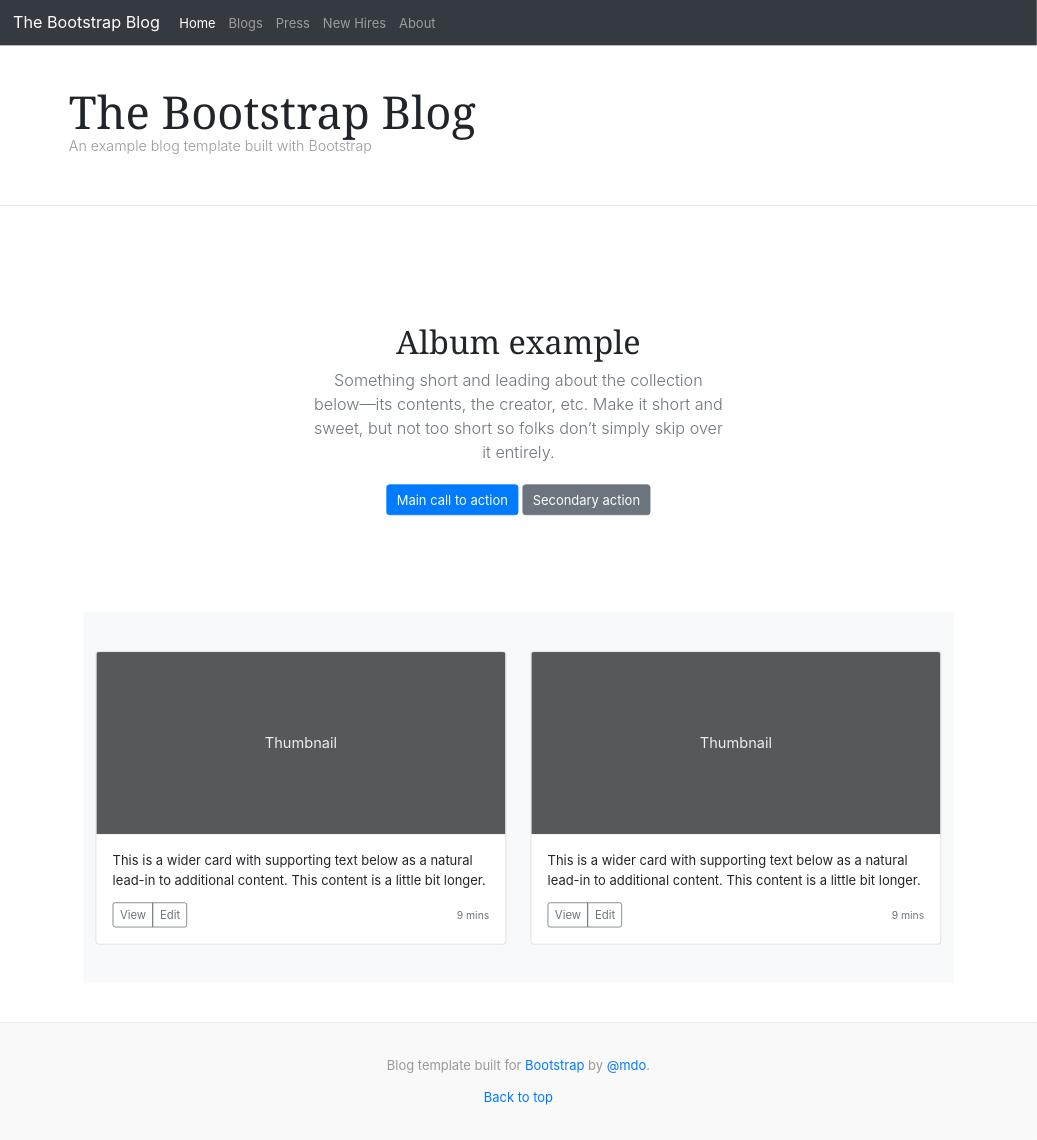
Repository: AshokSasi/CopyNPasta-Recycle-App
Page: http://localhost/
An editor plug-in stored every save of this project. The page is shown before and after the next save, followed by the edit.
The browser window is 1280 px wide. The pictures show the whole page, at 81% of full size.
The page is served by the project's Laravel application, run on PHP 8.4 with Laravel 8. Queries for data that is not in the repository find no rows.

Above is the page before, as saved 2021-09-25 12:32:41.

After the next save:
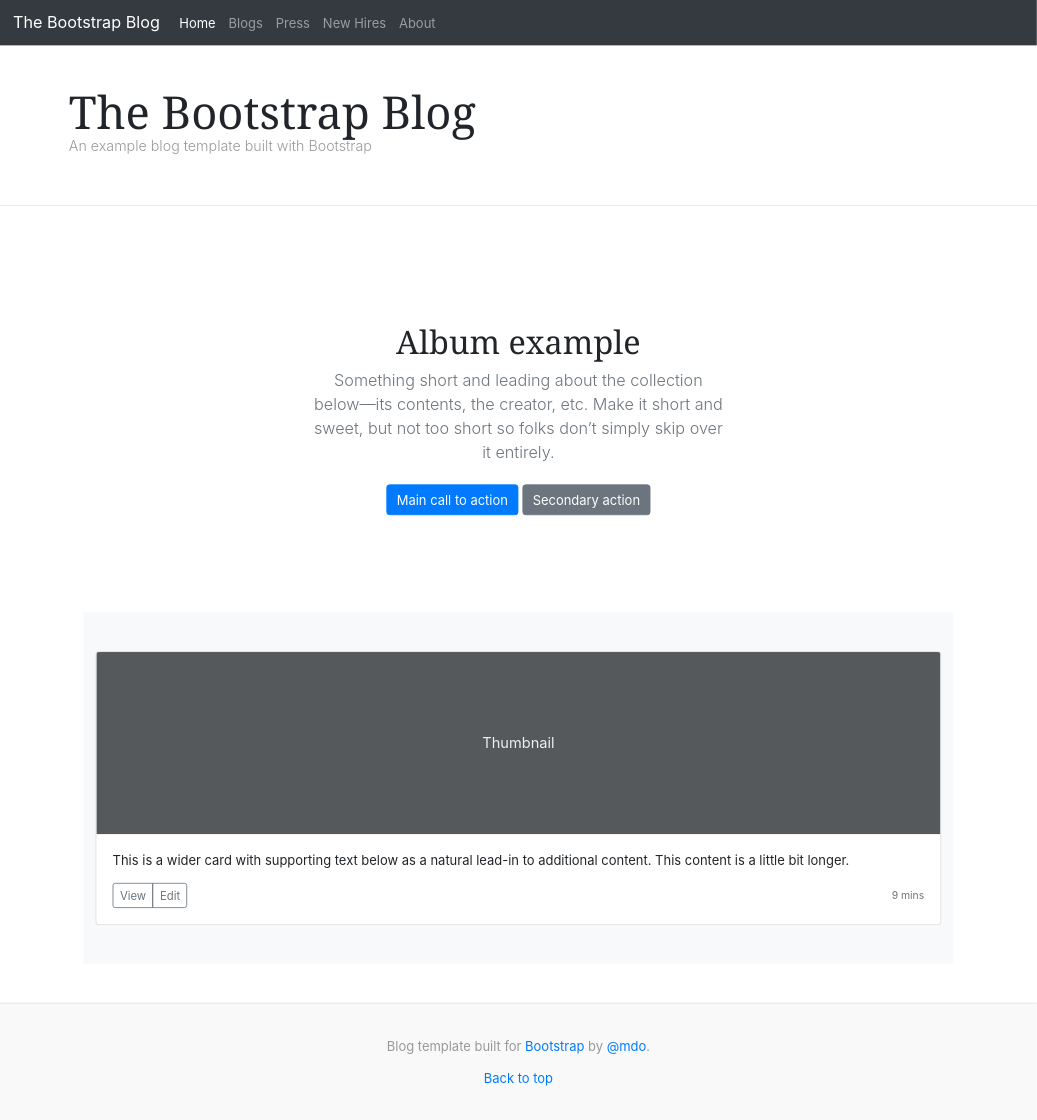
Saved 27 s later.
--- a/resources/views/home/index.blade.php
+++ b/resources/views/home/index.blade.php
@@ -71,22 +71,7 @@
               </div>
             </div>
           </div>
-          <div class="col">
-            <div class="card shadow-sm">
-              <svg class="bd-placeholder-img card-img-top" width="100%" height="225" xmlns="http://www.w3.org/2000/svg" role="img" aria-label="Placeholder: Thumbnail" preserveAspectRatio="xMidYMid slice" focusable="false"><title>Placeholder</title><rect width="100%" height="100%" fill="#55595c"/><text x="50%" y="50%" fill="#eceeef" dy=".3em">Thumbnail</text></svg>
 
-              <div class="card-body">
-                <p class="card-text">This is a wider card with supporting text below as a natural lead-in to additional content. This content is a little bit longer.</p>
-                <div class="d-flex justify-content-between align-items-center">
-                  <div class="btn-group">
-                    <button type="button" class="btn btn-sm btn-outline-secondary">View</button>
-                    <button type="button" class="btn btn-sm btn-outline-secondary">Edit</button>
-                  </div>
-                  <small class="text-muted">9 mins</small>
-                </div>
-              </div>
-            </div>
-          </div>
       </div>
     </div>
   </div>
